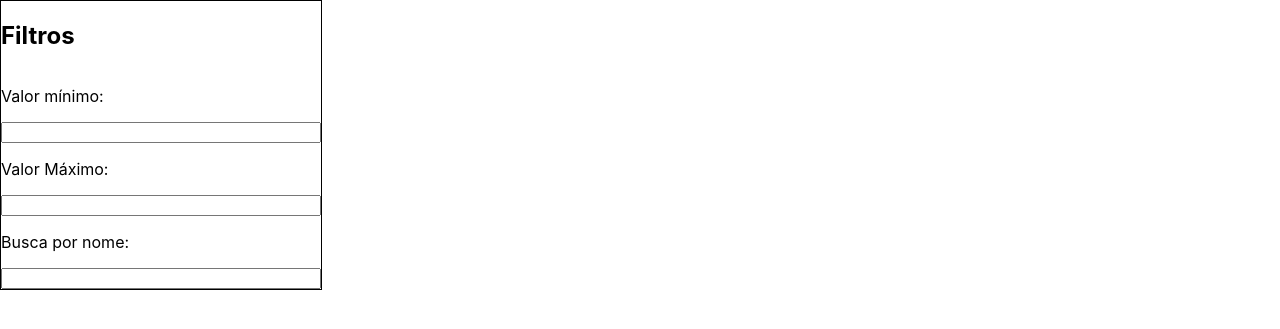
Repository: future4code/Shaw-labe-commerce9
Page: /
These files come from the project's save history. The page is drawn as it stood at one moment and after the next save; the edit follows.
The browser window is 1280 px wide. The pictures show the whole page.
The project was rebuilt for these pictures with package versions that can differ from the ones it lists, and the page was loaded fresh each time. Also part of the build but not shown: src/App.css.

Above is the page before, as saved 2022-03-30 15:08:37.

### src/App.js
import React from 'react';
import './App.css';
import Filtro from './components/filtro';




class App extends React.Component{
  render(){
    return(

      <div>
      <Filtro />





      </div>


    )
  }

}

export default App

### src/components/filtro.jsx
import React from "react";
import styled from "styled-components";


const ContainerFiltro =styled.div`
display: flex;
flex-direction: column;
justify-content: flex-start;
width: 25%;
border: 1px solid black


`






export default class Filtro extends React.Component{
    render(){
        return(
         <ContainerFiltro>
        <h2>Filtros</h2>
        <p>Valor mínimo: </p>
        <input type="text"value={this.state} />
        <p>Valor Máximo: </p>
        <input type="text" value={this.state} />
        <p>Busca por nome: </p>
        <input type="text" value={this.state}/>
         </ContainerFiltro>

        )
    }
}

Loaded but not shown: public/index.html (common file); src/index.js (common file); src/index.css (common file); src/serviceWorker.js (common file)

After the next save:
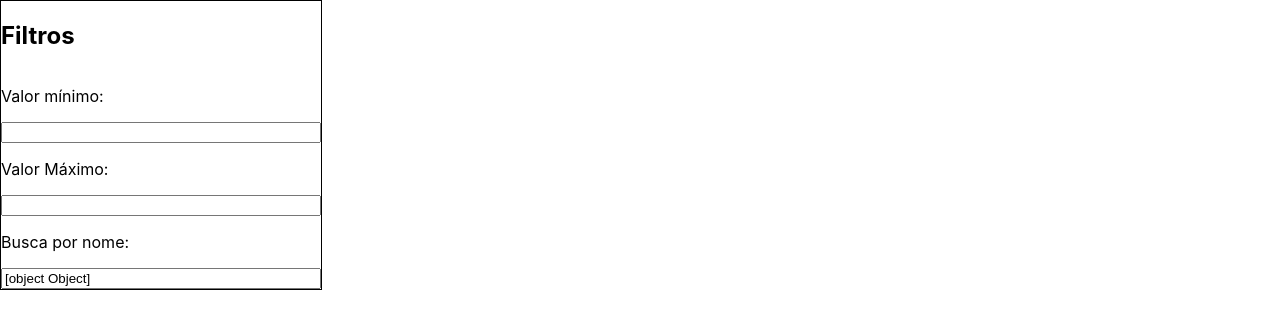
Saved 16 min 19 s later.
--- a/src/components/filtro.jsx
+++ b/src/components/filtro.jsx
@@ -18,14 +18,23 @@ border: 1px solid black
 
 
 export default class Filtro extends React.Component{
+
+    state ={
+        inputValorMax:'',
+        inputValorMin:'',
+
+
+
+    }
+
     render(){
         return(
-         <ContainerFiltro>
+        <ContainerFiltro>
         <h2>Filtros</h2>
         <p>Valor mínimo: </p>
-        <input type="text"value={this.state} />
+        <input type="number"value={this.state.value} />
         <p>Valor Máximo: </p>
-        <input type="text" value={this.state} />
+        <input type="number" value={this.state.value} />
         <p>Busca por nome: </p>
         <input type="text" value={this.state}/>
          </ContainerFiltro>
